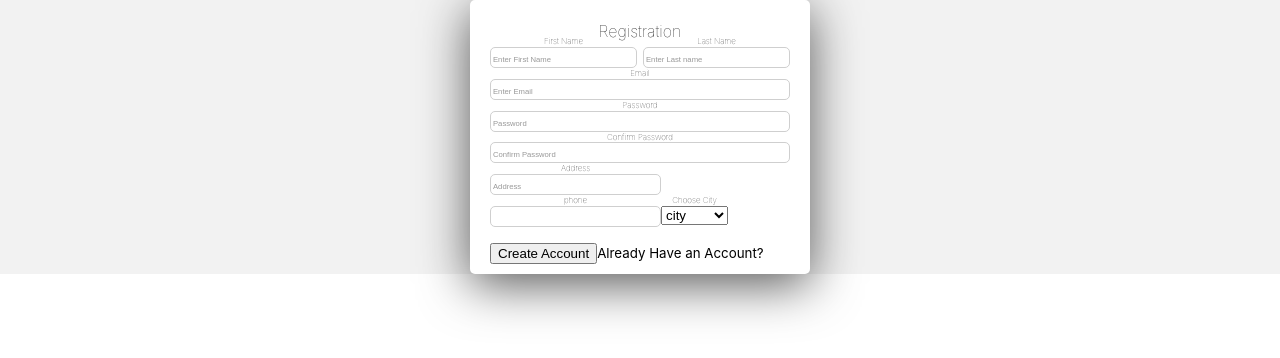
Repository: Fortune-Labs/Event-management-system-CapstoneG3
Page: / (app in frontend/)
The author's editor kept a copy of each file at every save. The page is drawn from the files as they stood at one save, then again after the next save.
The browser window is 1280 px wide. The pictures show the whole page.
The project was rebuilt for these pictures with package versions that can differ from the ones it lists, and the page was loaded fresh each time.

Above is the page before, as saved 2020-09-03 03:22:41.

After the next save:
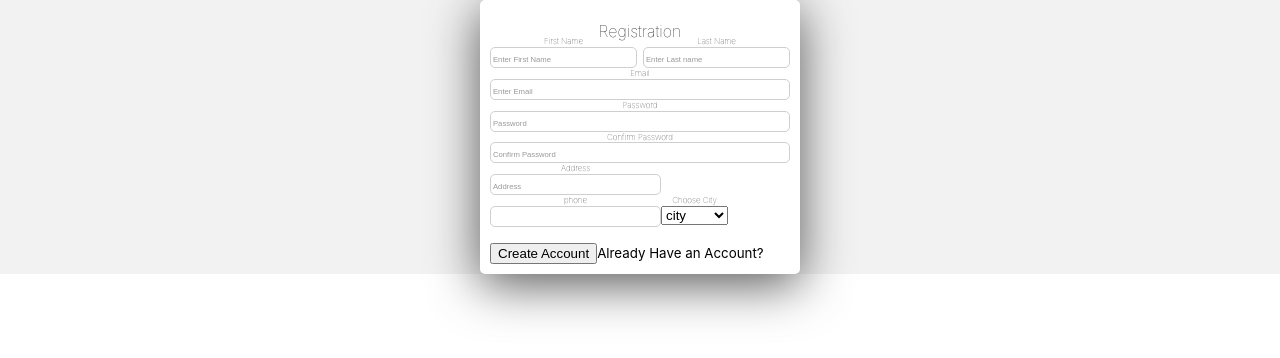
Saved 3 min 11 s later.
--- a/frontend/src/components/LoginSignup/style.css
+++ b/frontend/src/components/LoginSignup/style.css
@@ -18,7 +18,7 @@
   width: 300px;
   display: flex;
   flex-direction: column;
-  padding: 10px 20px;
+  padding: 10px 10px;
   border-radius: 5px;
   box-shadow: 0px 10px 50px #555;
   background-color: #ffffff;

After the 2 saves that followed:
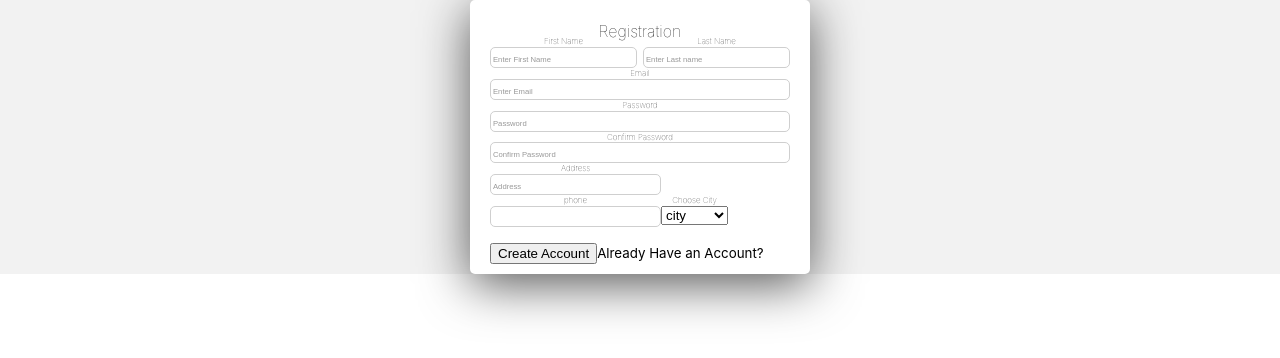
The 2 saves are shown as one change because 1 left the picture as it was.
The last was saved 79 s later.
--- a/frontend/src/components/LoginSignup/style.css
+++ b/frontend/src/components/LoginSignup/style.css
@@ -18,7 +18,7 @@
   width: 300px;
   display: flex;
   flex-direction: column;
-  padding: 10px 10px;
+  padding: 10px 20px;
   border-radius: 5px;
   box-shadow: 0px 10px 50px #555;
   background-color: #ffffff;
